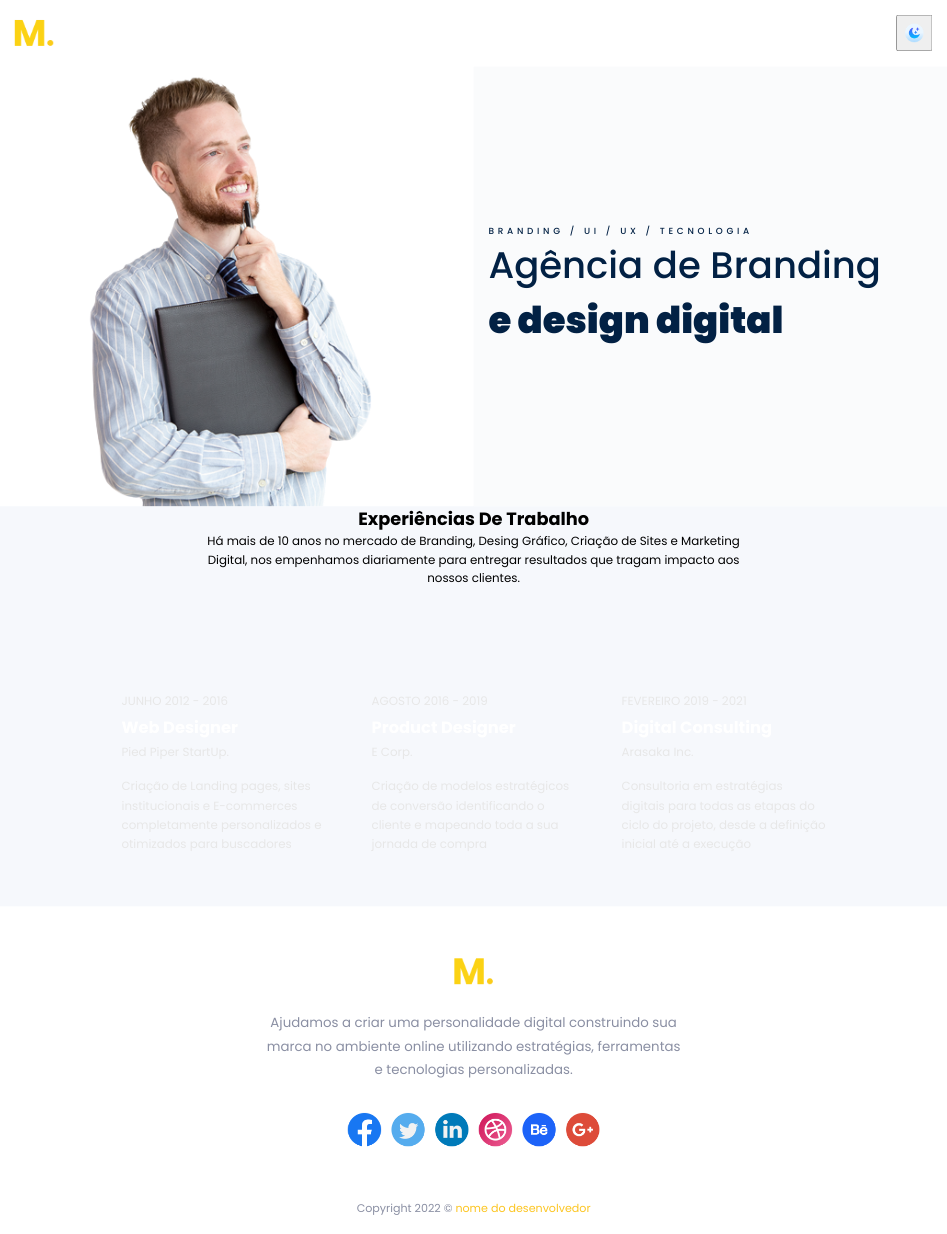
Repository: Daniells642/agencia-digital
Page: /
These files come from the project's save history. The page is drawn as it stood at one moment and after the next save; the edit follows.
The browser window is 1280 px wide. The pictures show the whole page, at 74% of full size.
The project was rebuilt for these pictures with package versions that can differ from the ones it lists, and the page was loaded fresh each time.

Above is the page before, as saved 2022-12-02 22:59:05.

After the next save:
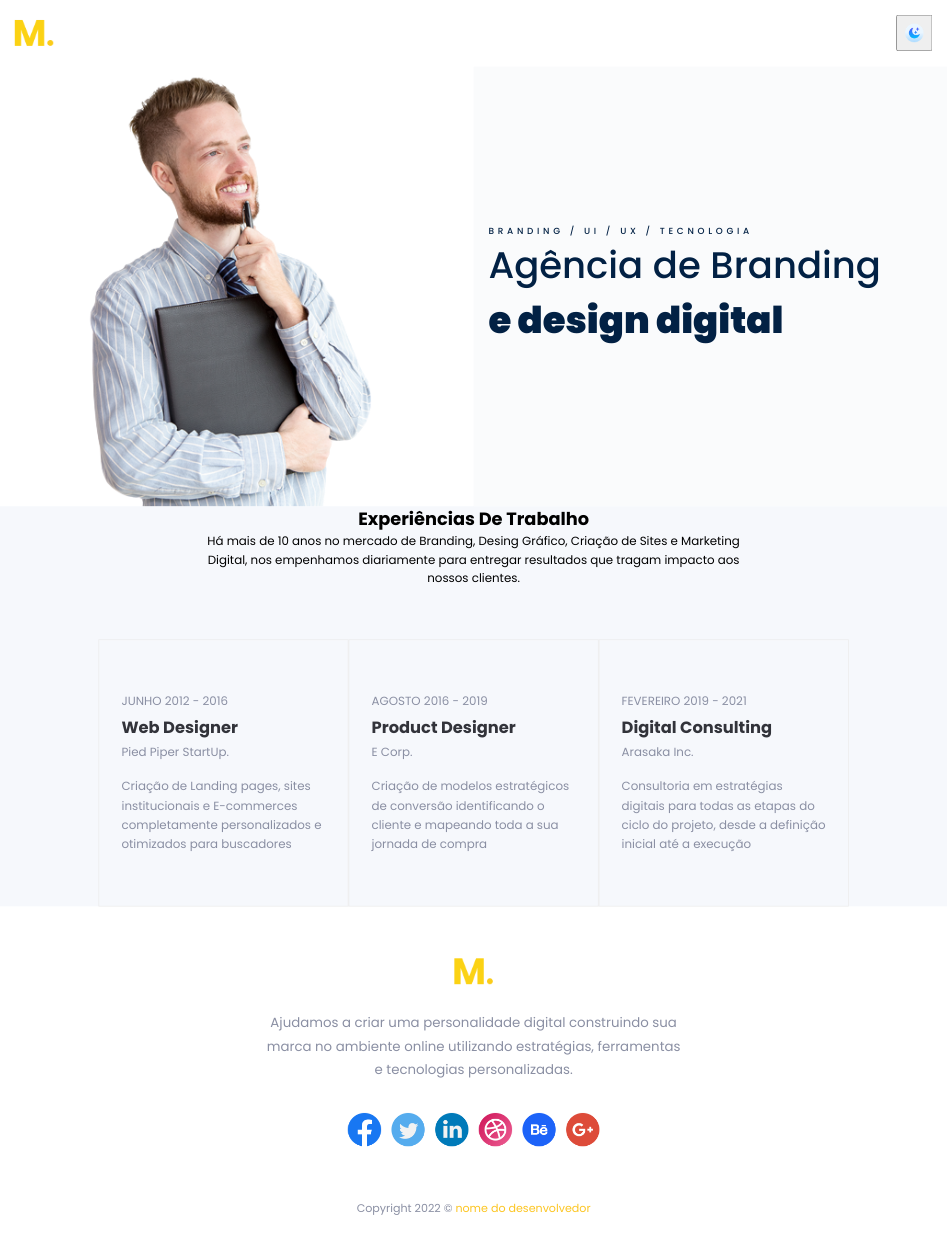
Saved 12 s later.
--- a/src/componentes/Card/index.jsx
+++ b/src/componentes/Card/index.jsx
@@ -2,7 +2,7 @@ import './style.css';
 
 export default function Card(props) {
     return (
-      <div id="card" className={(props.ehTemaEscuro == props.ehTemaEscuro) ? 'card-modo-escuro' : 'card-modo-claro'}>
+      <div id="card" className={(props.ehTemaEscuro != props.ehTemaEscuro) ? 'card-modo-escuro' : 'card-modo-claro'}>
         <p className="primeiroParagrafo">{props.data}</p>
         <h4>{props.titulo}</h4>
         <p className="segundoParagrafo">{props.empresa}</p>
